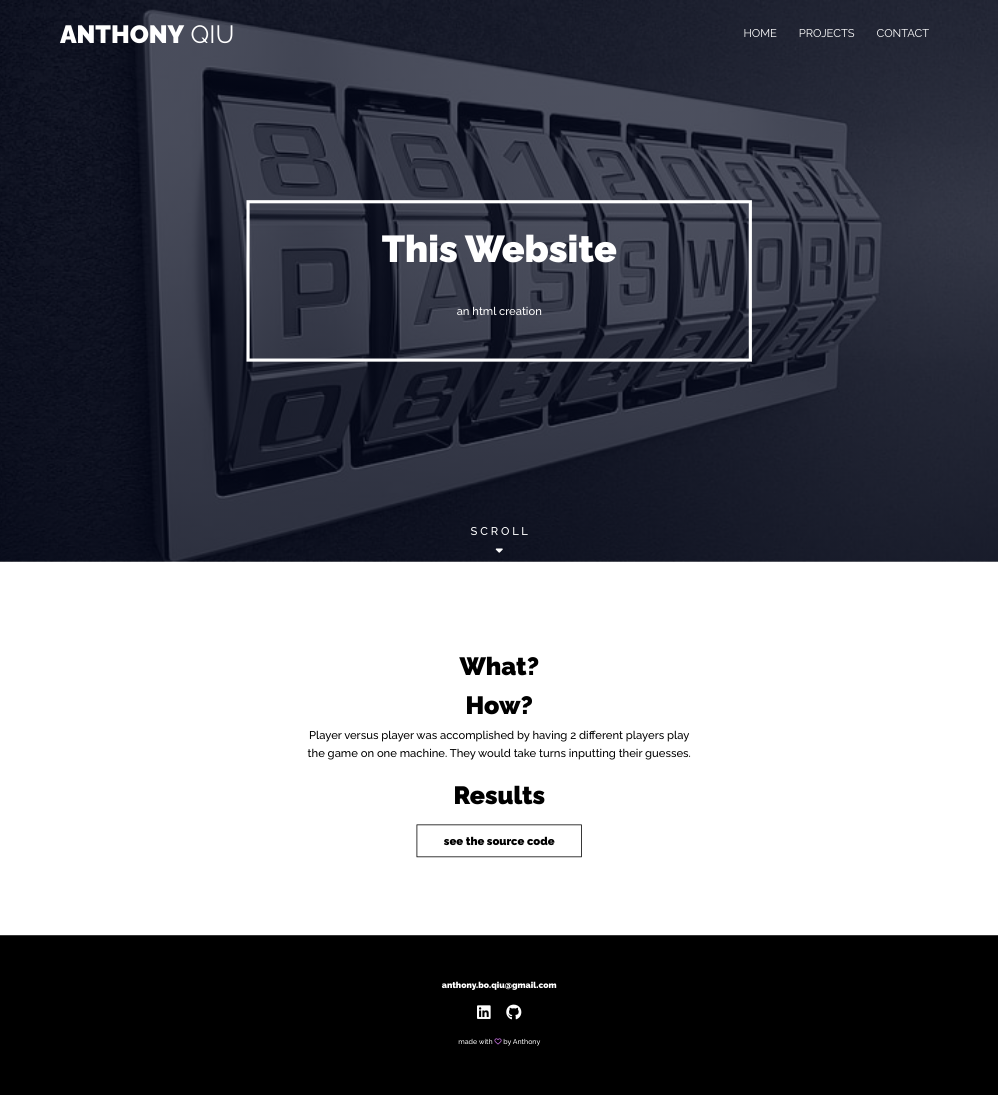
Repository: 7UM1N/anthonyq.github.io
Page: this-website.html
An editor plug-in stored every save of this project. The page is shown before and after the next save, followed by the edit.
The browser window is 1280 px wide. The pictures show the whole page, at 78% of full size.

Above is the page before, as saved 2023-01-10 20:34:09.

After the next save:
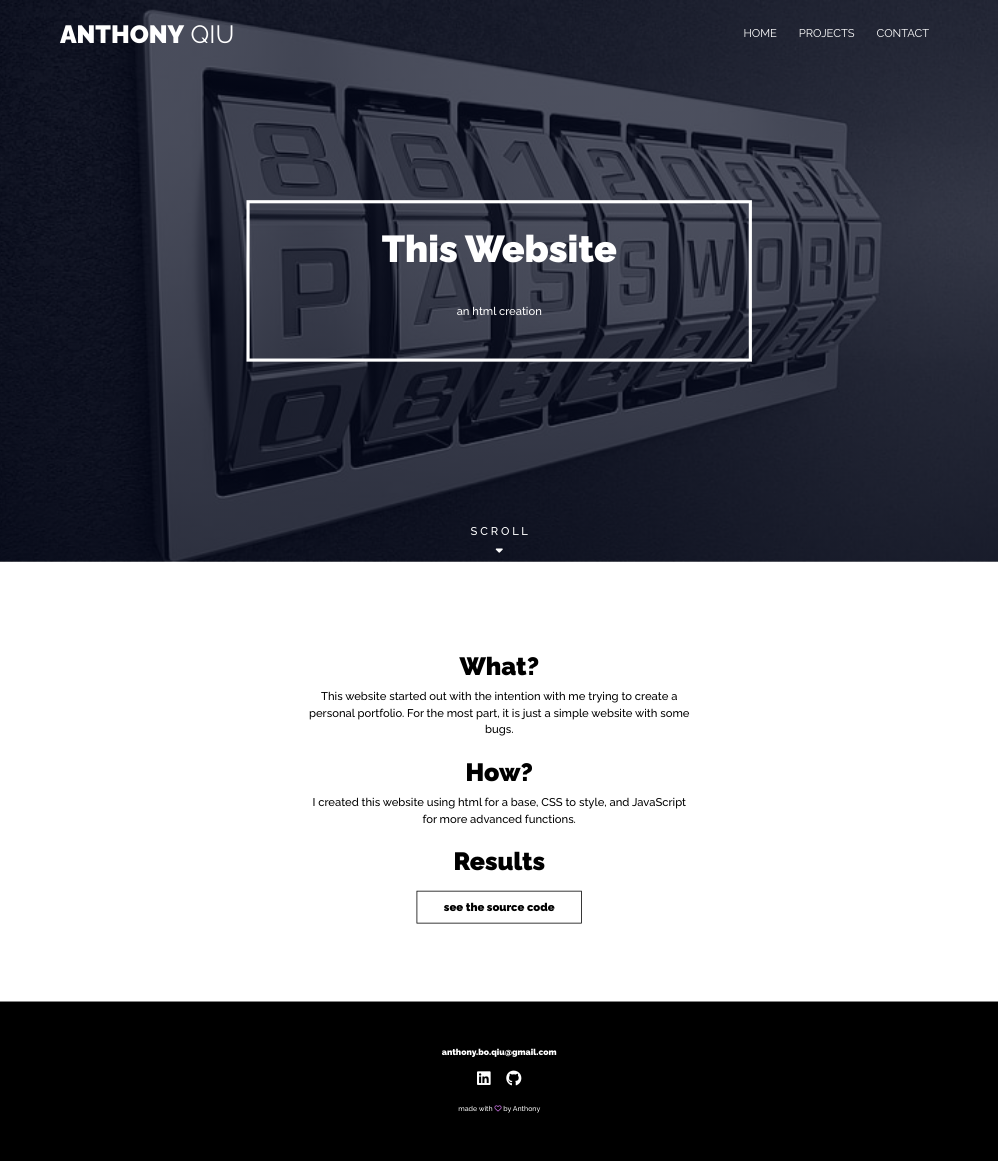
Saved 51 s later.
--- a/this-website.html
+++ b/this-website.html
@@ -43,10 +43,12 @@
         <!-- content -->
         <section class="portfolio-item-section">
             <h2>What?</h2>
-
+            <P>
+                This website started out with the intention with me trying to create a personal portfolio. For the most part, it is just a simple website with some bugs.
+            </P>
             <h2>How?</h2>
             <p>
-                Player versus player was accomplished by having 2 different players play the game on one machine. They would take turns inputting their guesses.
+                I created this website using html for a base, CSS to style, and JavaScript for more advanced functions.
             </p>
 
             <h2>Results</h2>
